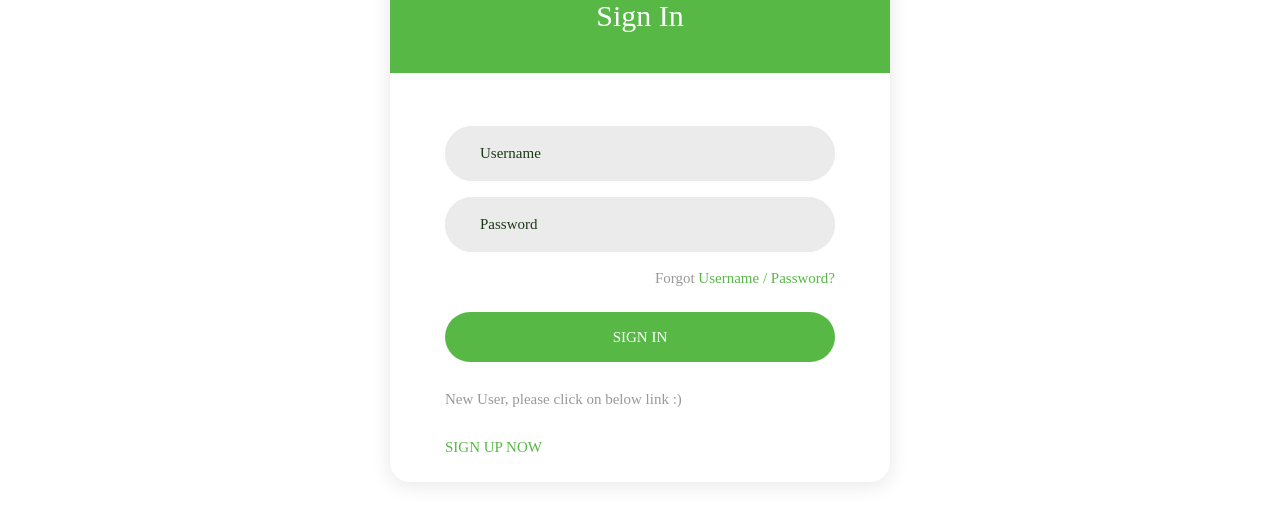
Repository: abhishekgandhi2398/BookStore
Page: http://localhost/BookStore/ulogin.jsp
The author's editor kept a copy of each file at every save. The page is drawn from the files as they stood at one save, then again after the next save.
The browser window is 1280 px wide. The pictures show the whole page.
Some web fonts or font styles are not loaded; a fallback is used. The page is served by Tomcat 9.

Above is the page before, as saved 2019-12-06 15:14:00.
Console error: TypeError: Cannot read properties of undefined (reading 'fn')

After the next save:
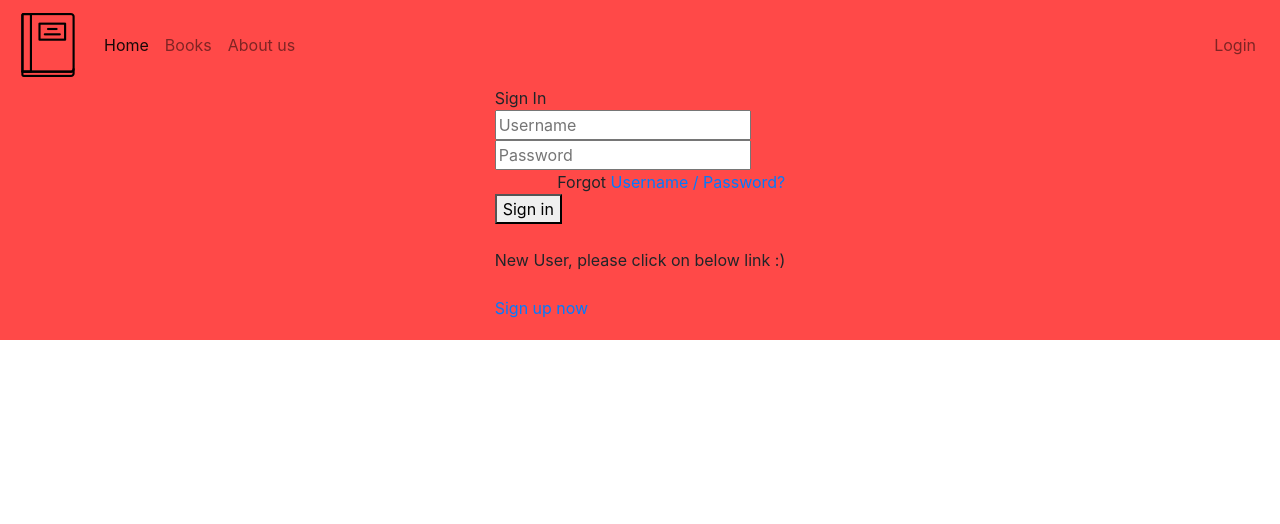
Saved 73 s later.
--- a/ProjectJava/BookStore/WebContent/ulogin.jsp
+++ b/ProjectJava/BookStore/WebContent/ulogin.jsp
@@ -4,8 +4,6 @@
 <html>
 <head>
 <meta charset="ISO-8859-1">
-<link rel="stylesheet" type="text/css" href="css/util.css">
-	<link rel="stylesheet" type="text/css" href="css/main.css">
 
 <link rel="stylesheet" href="https://maxcdn.bootstrapcdn.com/bootstrap/4.0.0/css/bootstrap.min.css">
 <script src="https://maxcdn.bootstrapcdn.com/bootstrap/4.0.0/js/bootstrap.min.js"></script>
